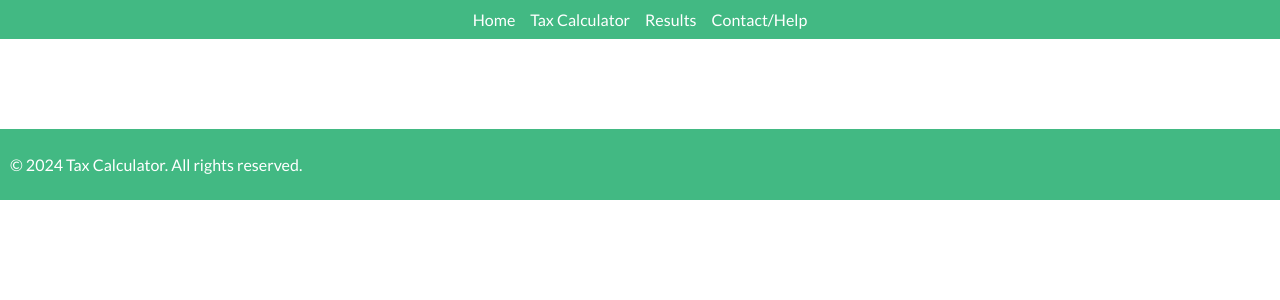
Repository: Tracy-maker/tax_calculator
Page: /calculator
These files come from the project's save history. The page is drawn as it stood at one moment and after the next save; the edit follows.
The browser window is 1280 px wide. The pictures show the whole page.
The project was rebuilt for these pictures with package versions that can differ from the ones it lists, and the page was loaded fresh each time. Also part of the build but not shown: vite.config.js.

Above is the page before, as saved 2024-06-26 14:06:17.

After the next save:
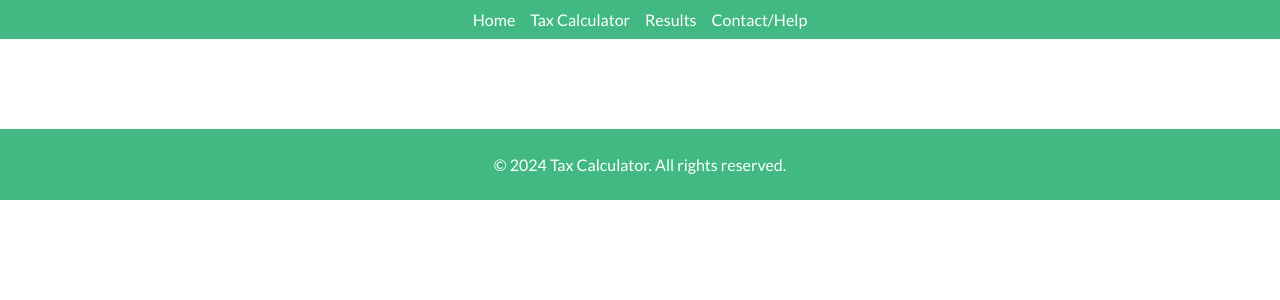
Saved 8 min 33 s later.
--- a/src/assets/main.css
+++ b/src/assets/main.css
@@ -42,6 +42,7 @@
 
 footer {
   margin-top: 50px;
+  justify-items: center;
   padding: 10px;
   background-color: #42b983;
   color: white;

After the save that followed:
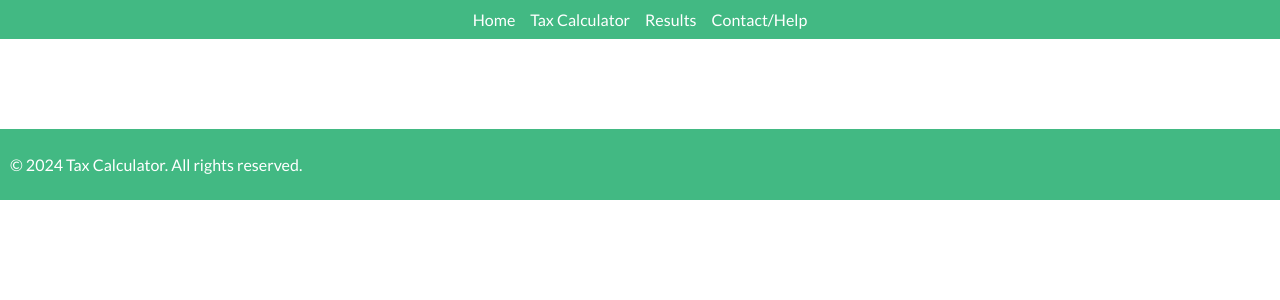
Saved 9 s later.
--- a/src/assets/main.css
+++ b/src/assets/main.css
@@ -42,7 +42,7 @@
 
 footer {
   margin-top: 50px;
-  justify-items: center;
+  justify-content: center;
   padding: 10px;
   background-color: #42b983;
   color: white;
